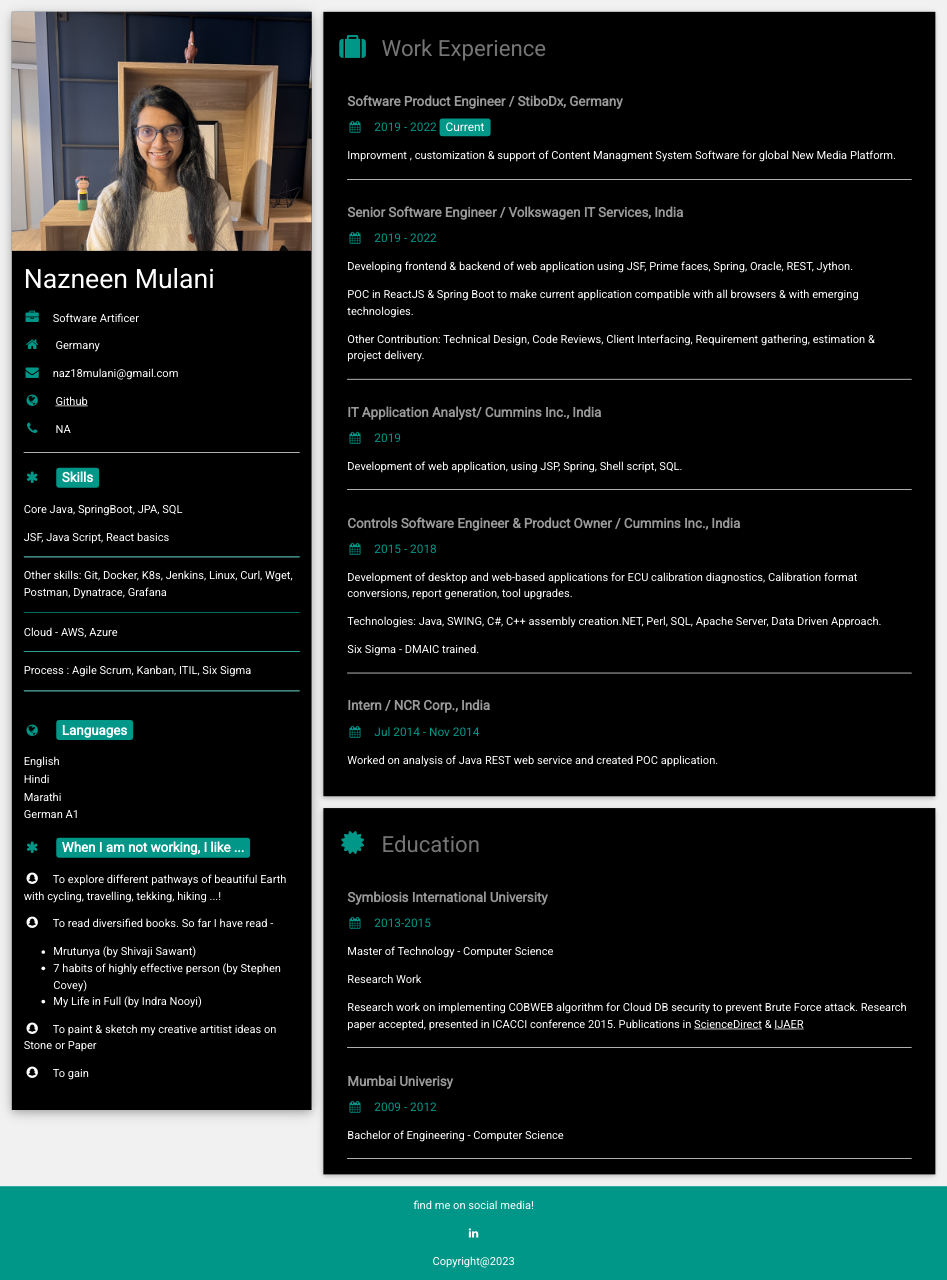
Repository: nazneenprojects/nazneen.github.io
Page: index.html
An editor plug-in stored every save of this project. The page is shown before and after the next save, followed by the edit.
The browser window is 1280 px wide. The pictures show the whole page, at 74% of full size.

Above is the page before, as saved 2023-07-09 12:22:08.

After the next save:
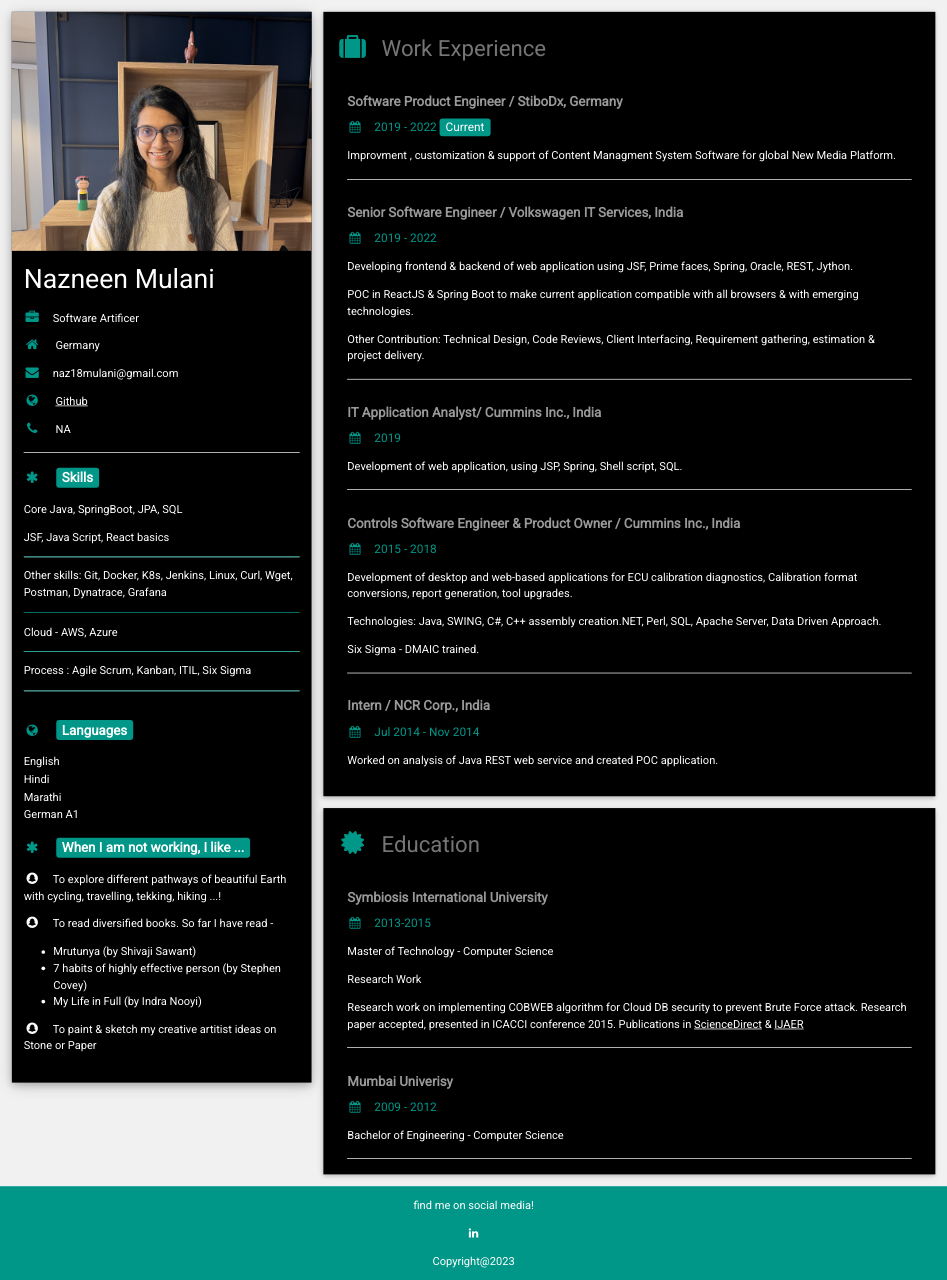
Saved 21 s later.
--- a/index.html
+++ b/index.html
@@ -92,7 +92,6 @@
           </div>
 
           <p><i class="fa fa-snapchat fa-fw w3-margin-right w3-large w3-text-white"></i>To paint & sketch my creative artitist ideas on Stone or Paper   </p>
-          <p><i class="fa fa-snapchat fa-fw w3-margin-right w3-large w3-text-white"></i>To gain  </p>
           <br>
         </div>
       </div><br>
